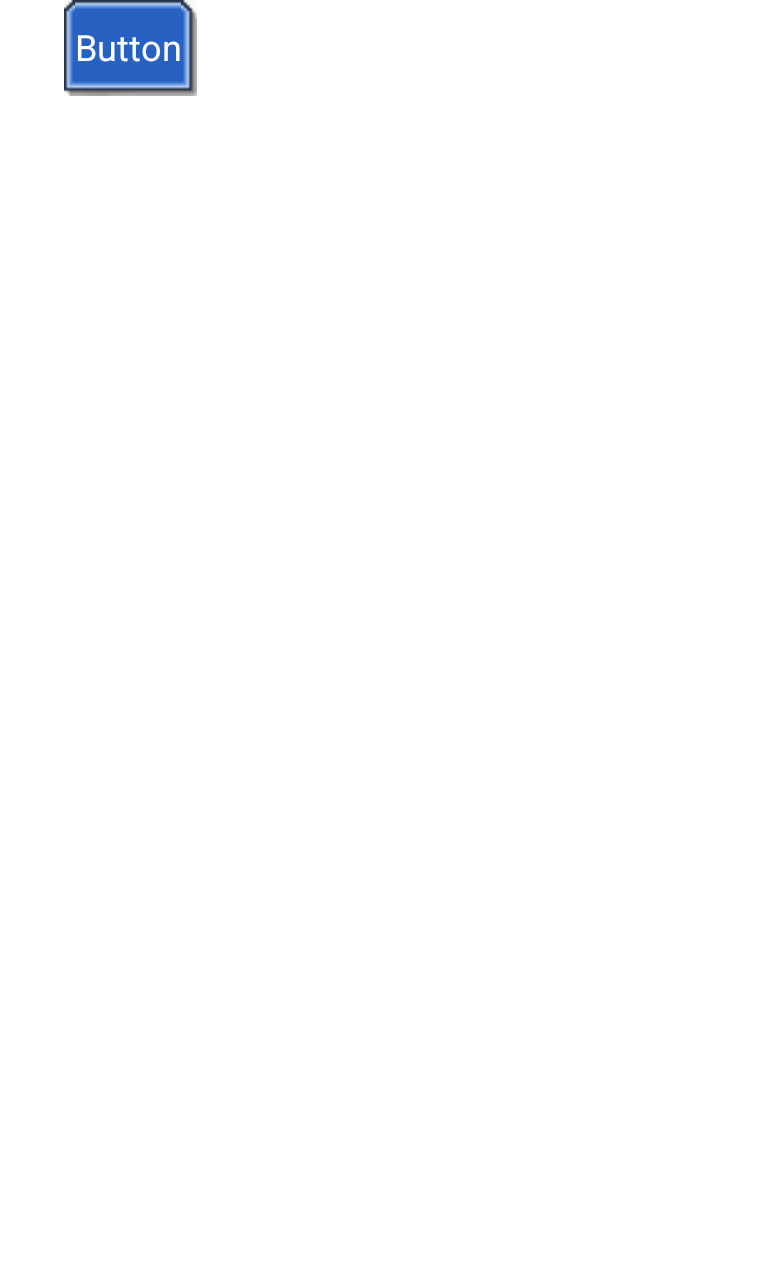
Repository: CMPUT301W13T11/classproject
Layout: FoodBook/res/layout/activity_main_screen.xml
The author's editor kept a copy of each file at every save. The layout is drawn from the files as they stood at one save, then again after the next save.
It is drawn on a 768 x 1280 px phone screen (xhdpi) without system bars, with theme AppTheme; the app's code is not run.

Above is the layout before, as saved 2013-03-06 02:21:32.

After the next save:
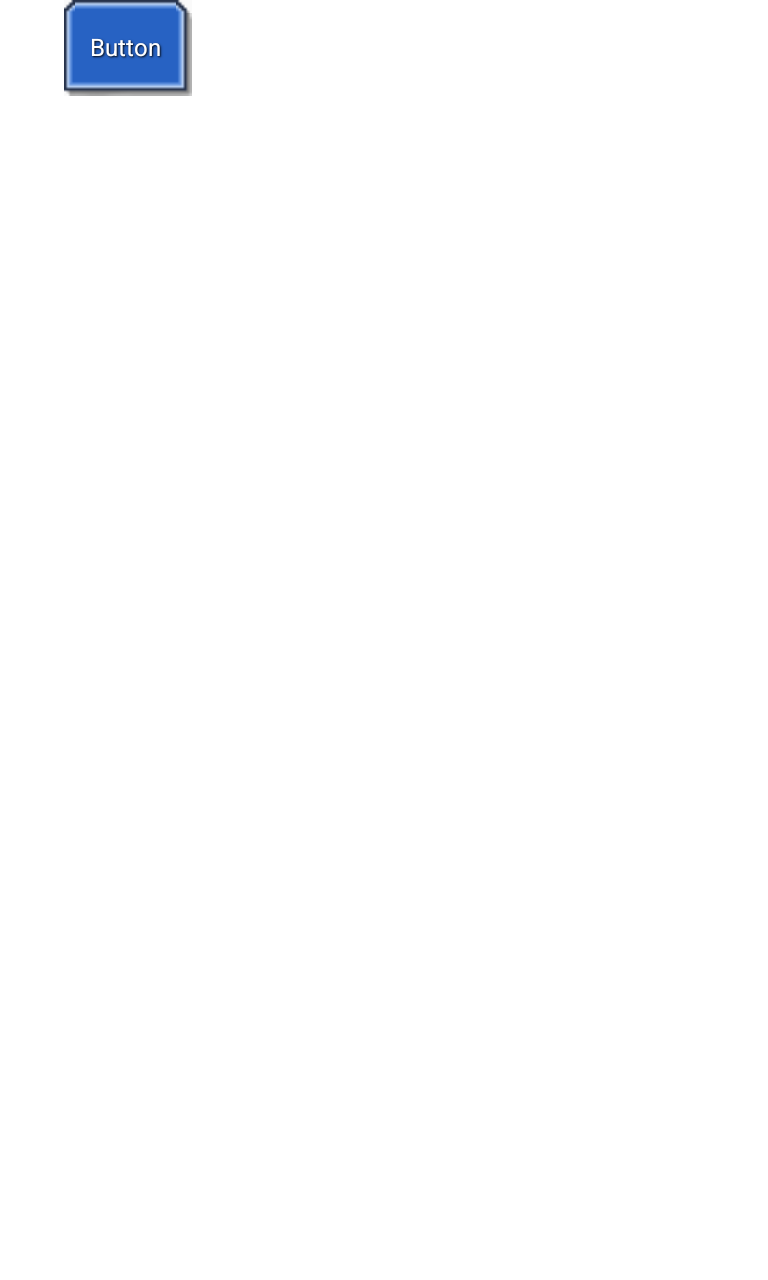
Saved 44 s later.
--- a/FoodBook/res/layout/activity_main_screen.xml
+++ b/FoodBook/res/layout/activity_main_screen.xml
@@ -6,6 +6,7 @@
 
     <Button
         android:id="@+id/button1"
+        style="@style/Button1"
         android:layout_width="wrap_content"
         android:layout_height="wrap_content"
         android:layout_alignParentLeft="true"
